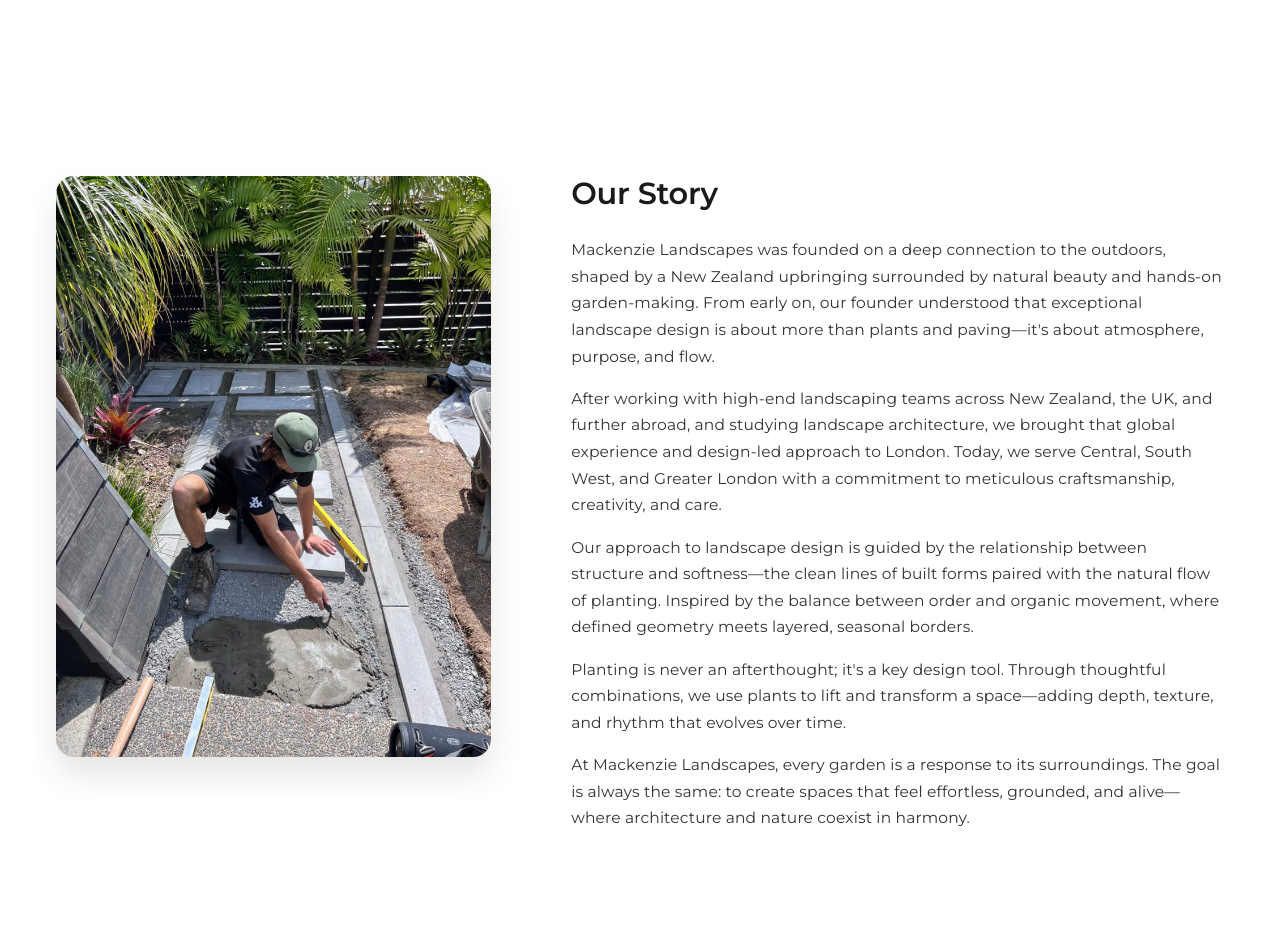
Repository: JoelMann1/MackenzieLandscapes
Page: about.html
The author's editor kept a copy of each file at every save. The page is drawn from the files as they stood at one save, then again after the next save.
The browser window is 1280 px wide. The pictures show the part of the page from y = 1027 to 1979 px (the page is 4262 px tall).
A picture or video elsewhere on the page could not be fetched, so the positions and the page height are approximate.

Above is the page before, as saved 2025-10-22 17:09:43.

After the next save:
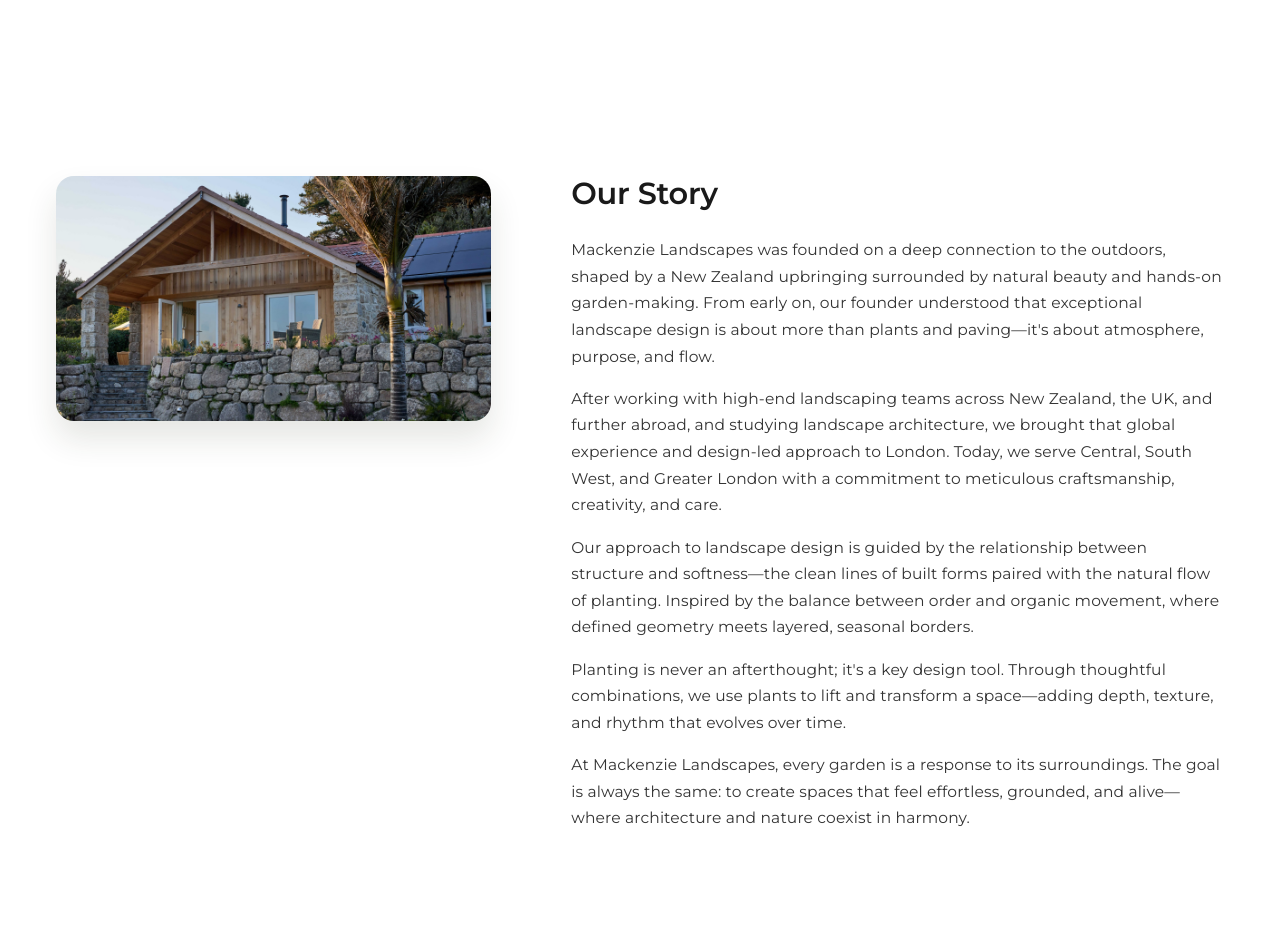
Saved 2 min 34 s later.
--- a/about.html
+++ b/about.html
@@ -138,7 +138,7 @@
     <div data-reveal>
       <div class="story-gallery">
         <figure class="story-gallery__main">
-          <img src="assets/img/IMG-4079-768x1024.jpg" alt="Professional landscaping work">
+          <img src="assets/img/Racket-Town-Cottage-Tresco-42.jpg" alt="Professional landscaping work">
         </figure>
       </div>
     </div>

After the save that followed:
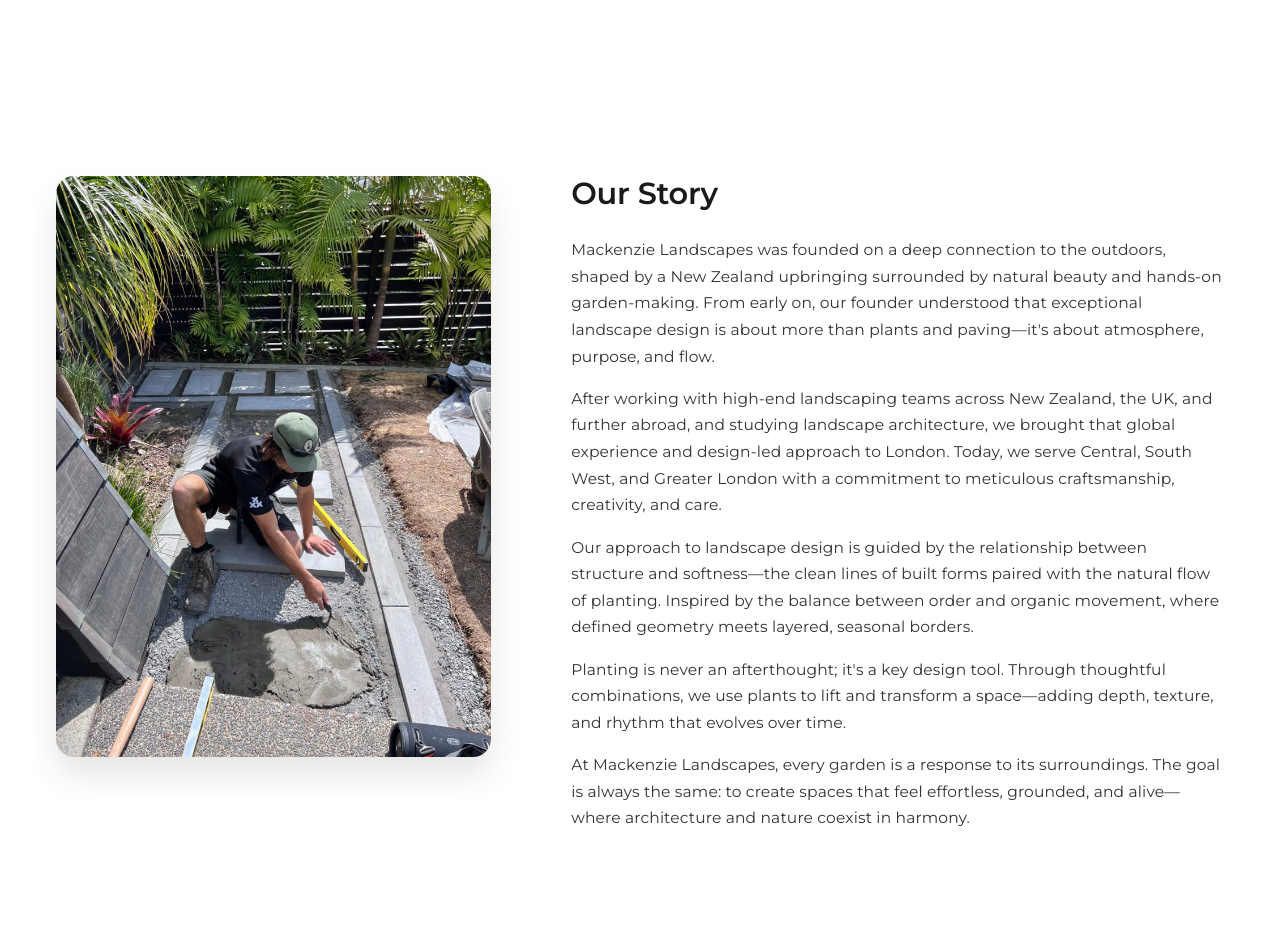
Saved 64 s later.
--- a/about.html
+++ b/about.html
@@ -138,7 +138,7 @@
     <div data-reveal>
       <div class="story-gallery">
         <figure class="story-gallery__main">
-          <img src="assets/img/Racket-Town-Cottage-Tresco-42.jpg" alt="Professional landscaping work">
+          <img src="assets/img/IMG-4079-768x1024.jpg" alt="Professional landscaping work">
         </figure>
       </div>
     </div>
